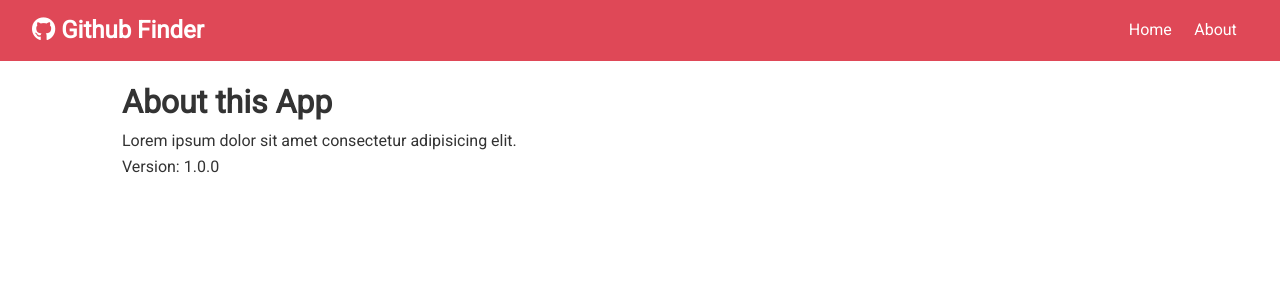
Repository: mahdiabubakar/github
Page: /about
The author's editor kept a copy of each file at every save. The page is drawn from the files as they stood at one save, then again after the next save.
The browser window is 1280 px wide. The pictures show the whole page.
The page's requests for data from a server got no answer. Some web libraries are served in a nearby version. The project was rebuilt for these pictures with package versions that can differ from the ones it lists, and the page was loaded fresh each time. No one was signed in, and anything a server would have sent is missing. Also part of the build but not shown: src/components/users/UserItem.js, src/components/layout/Spinner.js, src/components/users/Users.js, src/components/repos/RepoItem.js, src/components/repos/Repos.js, src/components/users/User.js, src/components/users/Search.js.

Above is the page before, as saved 2021-04-30 01:29:01.

### src/App.js
import { Fragment } from 'react';
import { BrowserRouter as Router, Switch, Route } from 'react-router-dom';
import './App.css';
import Navbar from './components/layout/Navbar'
import Users from './components/users/Users';
import User from './components/users/User';
import Search from './components/users/Search';
import Alert from './components/layout/Alert';
import About from './components/pages/About';

import GithubState from './context/github/GithubState';
import AlertState from './context/alert/AlertState';

const App = () => {

    return (
      <GithubState>
        <AlertState>
        <Router>
          <div className="app">
            <Navbar />
            <div className="container">
              <Alert />
              <Switch>
                <Route exact path='/' render={props => (
                    <Fragment>
                      <Search />
                      <Users />
                    </Fragment>
                  )} />
                  <Route exact path='/about' component={About} />
                  <Route exact path='/user/:login' component={User} />
              </Switch>
            </div>
          </div>
        </Router>
        </AlertState>
      </GithubState>
    )
}

export default App;

### src/components/layout/Navbar.js

import React from 'react'
import PropTypes from 'prop-types'
import { Link } from 'react-router-dom'


const Navbar = ({ icon, title }) => {

        return (
            <nav className='navbar bg-primary'>
                <h1>
                    <i className={icon} /> {title}
                </h1>

                <ul>
                    <li>
                        <Link to='/'>Home</Link>
                    </li>
                    <li>
                        <Link to='/about'>About</Link>
                    </li>
                </ul>
            </nav>
        )
}

Navbar.defaultProps = {
    title: 'Github Finder',
    icon: 'fab fa-github'
}

Navbar.propTypes = {
    title: PropTypes.string.isRequired,
    icon: PropTypes.string.isRequired
}

export default Navbar

### src/components/pages/About.js
import React, { Fragment } from 'react'

const About = () => <Fragment>
        <h1>About this App</h1>
        <p>Lorem ipsum dolor sit amet consectetur adipisicing elit.</p>
        <p>Version: 1.0.0</p>
    </Fragment>

export default About;

### src/context/github/GithubState.js
import React, { useReducer, useEffect } from 'react';
import axios from 'axios';
import GithubContext from './githubContext';
import GithubReducer from './githubReducer';

import {
    SET_LOADING,
    SEARCH_USERS,
    CLEAR_USERS,
    GET_USER,
    GET_USERS,
    GET_REPOS
 } from '../types';


const GithubState = (props) => {
    const initialState = {
        users: [],
        user: {},
        repos: [],
        loading: false
    }

    const [state, dispatch] = useReducer(GithubReducer, initialState)

    // Search Users
    const searchUsers = async (text) => {
        setLoading()

        const res = await axios.get(`https://api.github.com/search/users?q=${text}&client_id=${process.env.REACT_APP_GITHUB_CLIENT_ID}&client_secret=${process.env.REACT_APP_GITHUB_CLIENT_SECRET}`);

        dispatch({
            type: SEARCH_USERS,
            payload: res.data.items
        })
    }

        // Load Users
        useEffect(() => {
            setLoading();

            const func = async () => {
                const res = await axios.get(`https://api.github.com/users?client_id=${process.env.REACT_APP_GITHUB_CLIENT_ID}&  client_secret=${process.env.REACT_APP_GITHUB_CLIENT_SECRET}`);
                dispatch({
                    type: GET_USERS,
                    payload: res.data
                })
            }
            func();
        }, [])

        // Get User
        const getUser = async (username) => {
        setLoading()

        const res = await axios.get(`https://api.github.com/users/${username}?client_id=${process.env.REACT_APP_GITHUB_CLIENT_ID}&client_secret=${process.env.REACT_APP_GITHUB_CLIENT_SECRET}`);

        dispatch({
            type: GET_USER,
            payload: res.data
        })

      }

    // Get Repos
    const getUserRepos = async username => {
        setLoading(true)

        const res = await axios.get(`https://api.github.com/users/${username}/repos?per_page=15&sort=created:asc&client_id=${process.env.REACT_APP_GITHUB_CLIENT_ID}&client_secret=${process.env.REACT_APP_GITHUB_CLIENT_SECRET}`);

        // setRepos(res.data)
        // setLoading(false)
        dispatch({
            type: GET_REPOS,
            payload: res.data
        })
      }

    // Clear Users
    const clearUsers = () => dispatch({ type: CLEAR_USERS });


    // Set Loading
    const setLoading = () => dispatch({ type: SET_LOADING })

    return <GithubContext.Provider
        value={{
            users: state.users,
            user: state.user,
            repos: state.repos,
            loading: state.loading,
            searchUsers,
            clearUsers,
            getUser,
            getUserRepos
        }}
    >
        {props.children}
    </GithubContext.Provider>
}

export default GithubState;

### src/context/alert/AlertState.js
import React, { useReducer } from 'react';
import AlertContext from './alertContext';
import AlertReducer from './alertReducer';

import { SET_ALERT, REMOVE_ALERT } from '../types';


const AlertState = (props) => {
    const initialState = null;

    const [state, dispatch] = useReducer(AlertReducer, initialState)

    // Set Alert
    const setAlert = (msg, type) => {
        // setAlert({ msg, type })
        dispatch({
            type: SET_ALERT,
            payload: { msg, type }
        })
        setTimeout(() => dispatch({ type: REMOVE_ALERT }), 5000)
    }

    return <AlertContext.Provider
        value={{
            alert: state,
            setAlert
        }}
    >
        {props.children}
    </AlertContext.Provider>
}

export default AlertState;

### src/context/github/githubContext.js
import { createContext } from 'react';

const githubState = createContext();

export default githubState;

### src/context/alert/alertContext.js
import { createContext } from 'react';

const alertState = createContext();

export default alertState;

### src/context/github/githubReducer.js
import {
    SET_LOADING,
    SEARCH_USERS,
    CLEAR_USERS,
    GET_USER,
    GET_USERS,
    GET_REPOS
 } from '../types';

// eslint-disable-next-line
export default (state, action) => {
  switch(action.type) {
    case SEARCH_USERS:
        return {
            ...state,
            users: action.payload,
            loading: false,
        }
    case GET_USERS:
        return {
            ...state,
            users: action.payload,
            loading: false
        }
    case GET_REPOS:
        return {
            ...state,
            repos: action.payload,
            loading: false
        }
    case CLEAR_USERS:
        return {
            ...state,
            users: [],
            loading: false
        }
    case GET_USER:
        return {
            ...state,
            user: action.payload,
            loading: false
        }
    case SET_LOADING:
        return {
            ...state,
            loading: true
        }
    default:
        return state;
  }
}

### src/context/types.js
export const SEARCH_USERS = 'SEARCH_USERS';
export const GET_USER = 'GET_USER';
export const CLEAR_USERS = 'CLEAR_USERS';
export const GET_REPOS = 'GET_REPOS';
export const SET_LOADING = 'SET_LOADING';
export const SET_ALERT = 'SET_ALERT';
export const REMOVE_ALERT = 'REMOVE_ALERT';
export const GET_USERS = 'GET_USERS';

### src/context/alert/alertReducer.js
import { SET_ALERT, REMOVE_ALERT } from '../types';

// eslint-disable-next-line
export default (state, action) => {
    switch(action.type) {
        case SET_ALERT:
            return action.payload;
        case REMOVE_ALERT:
            return null;
        default:
            return state;
    }
}

### src/components/layout/Alert.js
import React, { useContext } from 'react';
import AlertContext from '../../context/alert/alertContext';

const Alert = () => {

  const alertContext = useContext(AlertContext)

  const { alert } = alertContext;

  return (
    alert !== null && (
      <div className={`alert alert-${alert.type}`}>
        <i className="fas fa-info-circle" /> {alert.msg}
      </div>
    )
  );
};

export default Alert;

Loaded but not shown: public/index.html (common file); src/index.js (common file); src/App.css (common file)

After the next save:
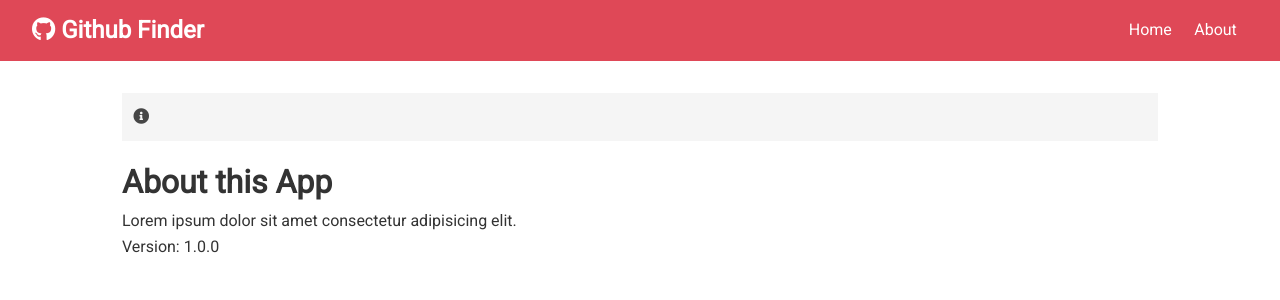
Saved 24 s later.
--- a/src/components/layout/Alert.js
+++ b/src/components/layout/Alert.js
@@ -5,7 +5,7 @@
 
   const alertContext = useContext(AlertContext)
 
-  const { alert } = alertContext;
+  // const { alert } = alertContext;
 
   return (
     alert !== null && (

After the save that followed:
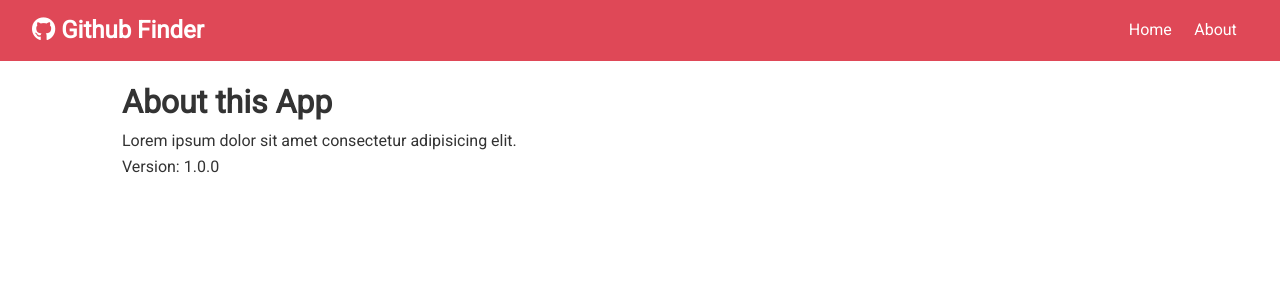
Saved 15 s later.
--- a/src/components/layout/Alert.js
+++ b/src/components/layout/Alert.js
@@ -5,7 +5,7 @@
 
   const alertContext = useContext(AlertContext)
 
-  // const { alert } = alertContext;
+  const { alert } = alertContext;
 
   return (
     alert !== null && (
